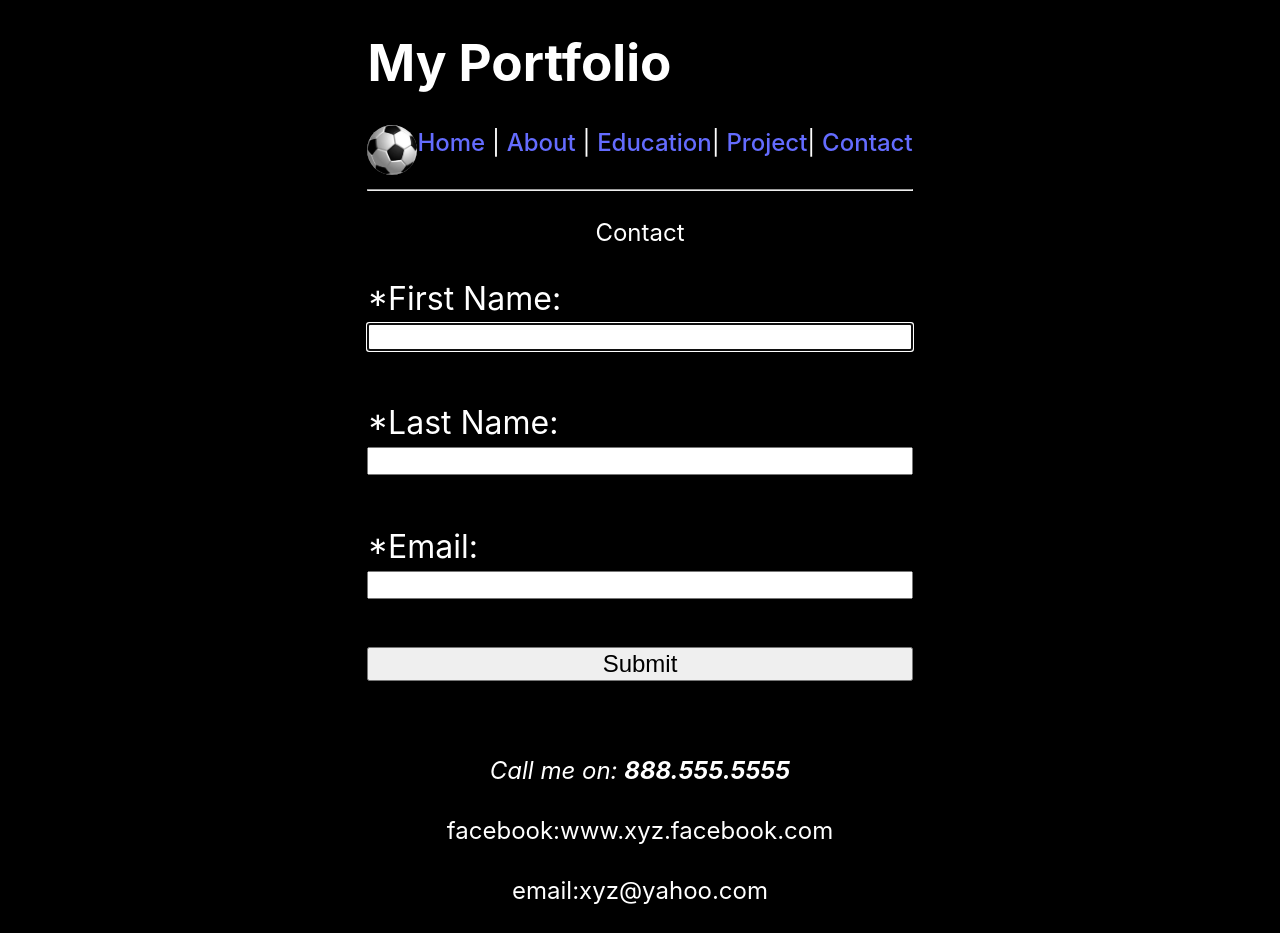
Repository: lilsooin/COMP229SEC0022024_Group_Project
Page: /contact (app in client/)
An editor plug-in stored every save of this project. The page is shown before and after a run of saves, followed by the edit.
The browser window is 1280 px wide. The pictures show the whole page.
The project was rebuilt for these pictures with package versions that can differ from the ones it lists, and the page was loaded fresh each time. Also part of the build but not shown: client/vite.config.js, client/components/Home.jsx, client/src/about.css, client/src/about.jsx, client/src/education.jsx, client/src/project.css, client/src/project.jsx.

Above is the page before, as saved 2024-10-07 20:31:06.

### client/src/App.jsx
import React from 'react';
import { BrowserRouter as Router } from 'react-router-dom';
//import { ThemeProvider } from '@material-ui/styles';
import MainRouter from '../MainRouter';
//import Contact from './contact'
//import theme from '../theme';
//import { hot } from 'react-hot-loader'
const App = () => {
 return (
 <Router>

 <MainRouter />

 </Router>
 );
};
export default App;

### client/src/index.css
:root {
  font-family: Inter, system-ui, Avenir, Helvetica, Arial, sans-serif;
  line-height: 1.5;
  font-weight: 400;

  color-scheme: light dark;
  color: rgba(255, 255, 255, 0.87);
  background-color: #242424;

  font-synthesis: none;
  text-rendering: optimizeLegibility;
  -webkit-font-smoothing: antialiased;
  -moz-osx-font-smoothing: grayscale;
}

a {
  font-weight: 500;
  color: #646cff;
  text-decoration: inherit;
}
a:hover {
  color: #535bf2;
}

body {
  margin: 0;

  place-items: center;
  min-width: 320px;
  min-height: 100vh;
  background-color:black;
  color:white;
  align-content: center;
}

h1 {
  font-size: 3.2em;
  line-height: 1.1;
}

button {
  border-radius: 8px;
  border: 1px solid transparent;
  padding: 0.6em 1.2em;
  font-size: 1em;
  font-weight: 500;
  font-family: inherit;
  background-color: #1a1a1a;
  cursor: pointer;
  transition: border-color 0.25s;
}
button:hover {
  border-color: #646cff;
}
button:focus,
button:focus-visible {
  outline: 4px auto -webkit-focus-ring-color;
}

@media (prefers-color-scheme: light) {
  :root {
    color: #213547;
    background-color: #ffffff;
  }
  a:hover {
    color: #747bff;
  }
  button {
    background-color: #f9f9f9;
  }
}

nav {
float:right;
font-size:x-large;

}






.bg{
  position:absolute;
  top: -4em;
  right: 0;
  z-index: -1;
  object-fit: cover;
  height: 100vh;

}

.introContent {
  height: 100vh;
  width: 100vw;
  padding: 3em;
  padding-top: 1em;
  font-size: 3em;
  font-weight: 700;

  justify-content: center;
}

.hello {
  font-size: 1.75rem;
  font-weight:100px;
}

.introName {
  color: Blue;
}


.introPara {
  font-size: 40px;
  font-weight: 100;
}

.btn {
  background: white;
  margin: 1rem 0;
  padding: 0.75rem 1.5rem;
  border: none;
  border-radius: 2rem;
}


.btnImg{
  object-fit: cover;
  margin: 0 0.25rem;
  height: 1rem;
}

@media screen and (max-width:480px){
  .bg {
    right: -20vw
  }
}

img{
border-radius: 90%;
size: 40px;

}

html{
  scroll-behavior: smooth;
  overflow-x: hidden;
  overflow-y: scroll;
  margin-left: auto;
  margin-right: auto;
}

### client/MainRouter.jsx
import React from 'react'
import { Route, Routes } from 'react-router-dom'
import Home from './components/Home'
import About from './src/about'
import Contact from './src/contact'
import Education from './src/education'
import Project from './src/project'
import Layout from './components/layout'
const MainRouter = () => {
 return (<div>
 <Layout/>
 <Routes>

<Route exact path="/" element={<Home />} />
<Route exact path="/about" element={<About />} />
<Route exact path="/education" element={<Education />} />
<Route exact path="/project" element={<Project />} />
<Route exact path="/contact" element={<Contact />} />

 </Routes>
 </div>
 )
}
export default MainRouter

### client/src/contact.jsx
import '../src/contact.css'
//import '../contact/api-contact.js'
export default function Contact() {
     return (
     <>
     <p>Contact</p>
     <form id="ffp">


				<label htmlFor="myFName"> *First Name: </label>
				<input type="text" id="myFName" name="myFName" required="required" autoFocus /> <br /> <br />

				<label htmlFor="myLName"> *Last Name: </label>
				<input type="text" id="myLName" name="myLName" required="required" /> <br /> <br />


				<label htmlFor="myEmail"> *Email: </label>
				<input type="email" id="myEmail" name="myEmail" required="required" /> <br /> <br />

				<input type="submit" className="submit" value="Submit" /> <br />


		</form> <br></br>
          <p><i>Call me on: <strong>888.555.5555 </strong></i></p>
 <p>facebook:www.xyz.facebook.com</p>
 <p>email:xyz@yahoo.com</p>
     </>
     );
     }


    /////////////////////////////////////////////

    /* import '../src/contact.css';
import { useState } from 'react';

export default function Contact() {
    const [formData, setFormData] = useState({
        myFName: '',
        myLName: '',
        myEmail: '',
    });

    const handleChange = (event) => {
        const { name, value } = event.target;
        setFormData((prevData) => ({
            ...prevData,
            [name]: value,
        }));
    };

    const handleSubmit = async (event) => {
        event.preventDefault(); // Prevent the default form submission

        try {
            const response = await fetch('http://localhost:3000/api/contacts', {
                method: 'POST',
                headers: {
                    'Content-Type': 'application/json',
                },
                body: JSON.stringify(formData),
            });

            if (!response.ok) {
                throw new Error('Network response was not ok');
            }

            const result = await response.json();
            console.log('Success:', result);
            alert('Data saved successfully!');
            // Optionally reset the form
            setFormData({
                myFName: '',
                myLName: '',
                myEmail: '',
            });
        } catch (error) {
            console.error('Error:', error);
            alert('There was an error saving the data.');
        }
    };

    return (
        <>
            <p>Contact</p>
            <form id="ffp" onSubmit={handleSubmit}>
                <label htmlFor="myFName"> *First Name: </label>
                <input
                    type="text"
                    id="myFName"
                    name="myFName"
                    value={formData.myFName}
                    onChange={handleChange}
                    required
                    autoFocus
                />
                <br />
                <br />

                <label htmlFor="myLName"> *Last Name: </label>
                <input
                    type="text"
                    id="myLName"
                    name="myLName"
                    value={formData.myLName}
                    onChange={handleChange}
                    required
                />
                <br />
                <br />

                <label htmlFor="myEmail"> *Email: </label>
                <input
                    type="email"
                    id="myEmail"
                    name="myEmail"
                    value={formData.myEmail}
                    onChange={handleChange}
                    required
                />
                <br />
                <br />

                <input type="submit" className="submit" value="Submit" />
                <br />
            </form>
            <br />
            <p>
                <i>Call me on: <strong>888.555.5555 </strong></i>
            </p>
            <p>facebook: www.xyz.facebook.com</p>
            <p>email: xyz@yahoo.com</p>
        </>
    );
}
*/

### client/components/layout.jsx
import React from 'react';
import { Link } from 'react-router-dom';
import football1 from '../src/assets/football1.jfif';
export default function Layout() {
 return (
 <>

 <h1>My Portfolio</h1>

 < img src={football1}alt="football" className="football" width="50px" height="50px"/>
 <nav>

 <Link to="/">Home</Link> | <Link to="/about">About</Link> | <Link to="/education">Education</Link>| <Link to="/project">Project</Link>| <Link to="/contact">Contact</Link>
 </nav>

<br/>
 <hr />

 </>

 );
}

### client/src/contact.css
#ffp{




    max-width: 50rem;
    display: flex;
    flex-direction: column;
    justify-content: center;
    margin: 0 auto;


}

label{
    font-size:xx-large;
}

input{
    font-size: larger;
}

.submit{
    font-size:x-large;
}

p,a{
    font-size:x-large;
    text-align: center;
}

### client/src/education.css
:root {
    font-family: Inter, system-ui, Avenir, Helvetica, Arial, sans-serif;
    line-height: 1.5;
    font-weight: 400;

    color-scheme: light dark;
    color: rgba(255, 255, 255, 0.87);
    background-color: #242424;

    font-synthesis: none;
    text-rendering: optimizeLegibility;
    -webkit-font-smoothing: antialiased;
    -moz-osx-font-smoothing: grayscale;
  }

  a {
    font-weight: 500;
    color: #646cff;
    text-decoration: inherit;
  }
  a:hover {
    color: #535bf2;
  }

  body {
    margin: auto;

    place-items: center;
    min-width: 320px;
    min-height: 100vh;
    background-color:black;
    color:white;
    align-content: center;
  }

  h1 {
    font-size: 3.2em;
    line-height: 1.1;
  }

  button {
    border-radius: 8px;
    border: 1px solid transparent;
    padding: 0.6em 1.2em;
    font-size: 1em;
    font-weight: 500;
    font-family: inherit;
    background-color: #1a1a1a;
    cursor: pointer;
    transition: border-color 0.25s;
  }
  button:hover {
    border-color: #646cff;
  }
  button:focus,
  button:focus-visible {
    outline: 4px auto -webkit-focus-ring-color;
  }

  @media (prefers-color-scheme: light) {
    :root {
      color: #213547;
      background-color: #ffffff;
    }
    a:hover {
      color: #747bff;
    }
    button {
      background-color: #f9f9f9;
    }
  }

  nav {
  float:right;
  font-size:x-large;

  }






  .bg{
    position:absolute;
    top: -4em;
    right: 0;
    z-index: -1;
    object-fit: cover;
    height: 100vh;

  }

  .introContent {
    height: 100vh;
    width: 100vw;
    padding: 3em;
    padding-top: 1em;
    font-size: 3em;
    font-weight: 700;

    justify-content: center;
  }

  .hello {
    font-size: 1.75rem;
    font-weight:100px;
  }

  .introName {
    color: Blue;
  }


  .introPara {
    font-size: 40px;
    font-weight: 100;
  }

  .btn {
    background: white;
    margin: 1rem 0;
    padding: 0.75rem 1.5rem;
    border: none;
    border-radius: 2rem;
  }


  .btnImg{
    object-fit: cover;
    margin: 0 0.25rem;
    height: 1rem;
  }

  @media screen and (max-width:480px){
    .bg {
      right: -20vw
    }
  }

  img{
  border-radius: 90%;
  size: 40px;

  }

  html{
    scroll-behavior: smooth;
    overflow-x: hidden;
    overflow-y: scroll;
    margin-left: auto;
    margin-right: auto;
  }

### client/contact/api-contact.js
const create = async (params, credentials, contact) => {
    try {
      let response = await fetch('/api/contacts/by/'+ params.contactId, {
        method: 'POST',
        headers: {
          'Accept': 'application/json',
          'Authorization': 'Bearer ' + credentials.t
        },
        body: contact
      })
        return response.json()
      } catch(err) {
        console.log(err)
      }
  }

  const list = async (signal) => {
    try {
      let response = await fetch('/api/contacts', {
        method: 'GET',
        signal: signal
      })
      return response.json()
    }catch(err) {
      console.log(err)
    }
  }

  const listByOwner = async (params, credentials, signal) => {
    try {
      let response = await fetch('/api/contacts/by/'+params.contactId, {
        method: 'GET',
        signal: signal,
        headers: {
          'Accept': 'application/json',
          'Authorization': 'Bearer ' + credentials.t
        }
      })
      return response.json()
    }catch(err){
      console.log(err)
    }
  }

  const read = async (params, signal) => {
    try {
      let response = await fetch('/api/contact/' + params.contactId, {
        method: 'GET',
        signal: signal,
      })
      return response.json()
    }catch(err) {
      console.log(err)
    }
  }

  const update = async (params, credentials, contact) => {
    try {
      let response = await fetch('/api/contacts/' + params.contactId, {
        method: 'PUT',
        headers: {
          'Accept': 'application/json',
          'Authorization': 'Bearer ' + credentials.t
        },
        body: contact
      })
      return response.json()
    } catch(err) {
      console.log(err)
    }
  }

  const remove = async (params, credentials) => {
    try {
      let response = await fetch('/api/contacts/' + params.contactId, {
        method: 'DELETE',
        headers: {
          'Accept': 'application/json',
          'Content-Type': 'application/json',
          'Authorization': 'Bearer ' + credentials.t
        }
      })
      return response.json()
    } catch(err) {
      console.log(err)
    }
  }

  export {
    create,
    list,
    listByOwner,
    read,
    update,
    remove
  }

Loaded but not shown: client/index.html (common file); client/src/main.jsx (common file)

After the next 4 saves:
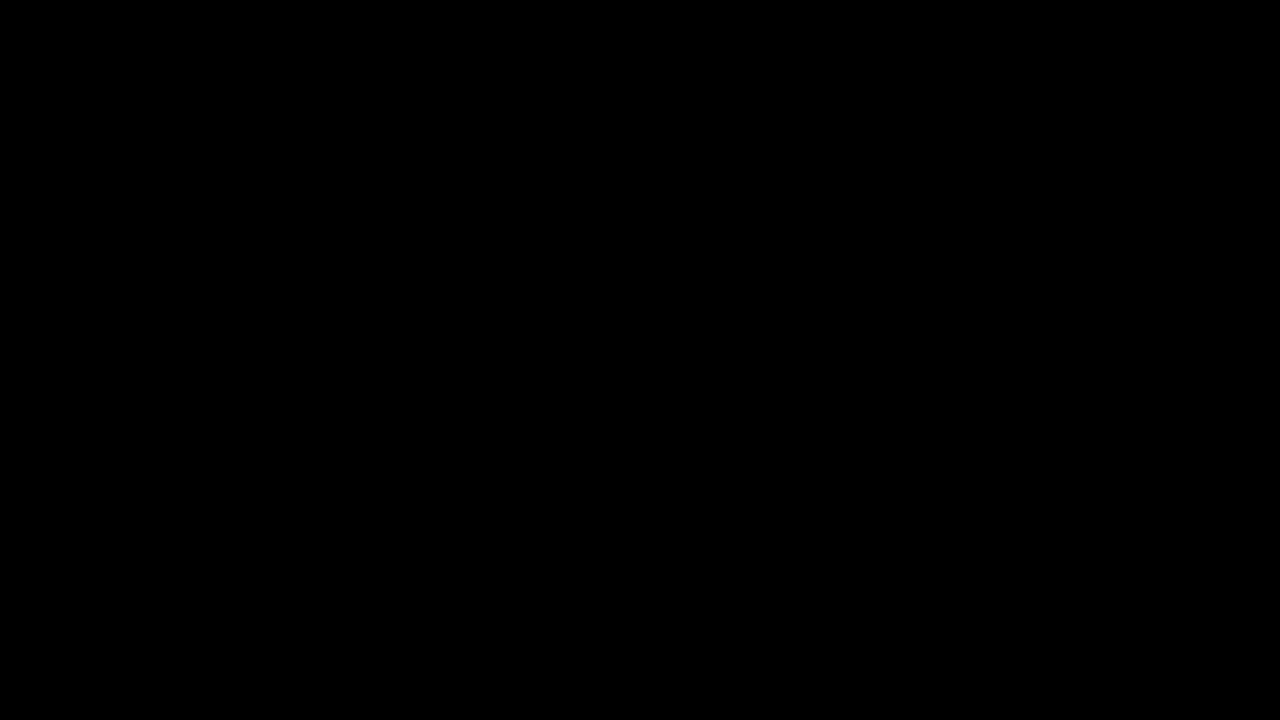
Console error (its wording comes from the project's code and is left out).
The 4 saves are shown as one change because 1 did not build or start and some came seconds apart.
The last was saved 17 s later.
--- a/client/src/contact.jsx
+++ b/client/src/contact.jsx
@@ -1,4 +1,4 @@
-import '../src/contact.css'
+/*import '../src/contact.css'
 //import '../contact/api-contact.js'
 export default function Contact() {
      return (
@@ -27,8 +27,7 @@
      </>
      );
      }
-
-
+     */
     /////////////////////////////////////////////
 
     /* import '../src/contact.css';

After the 2 saves that followed:
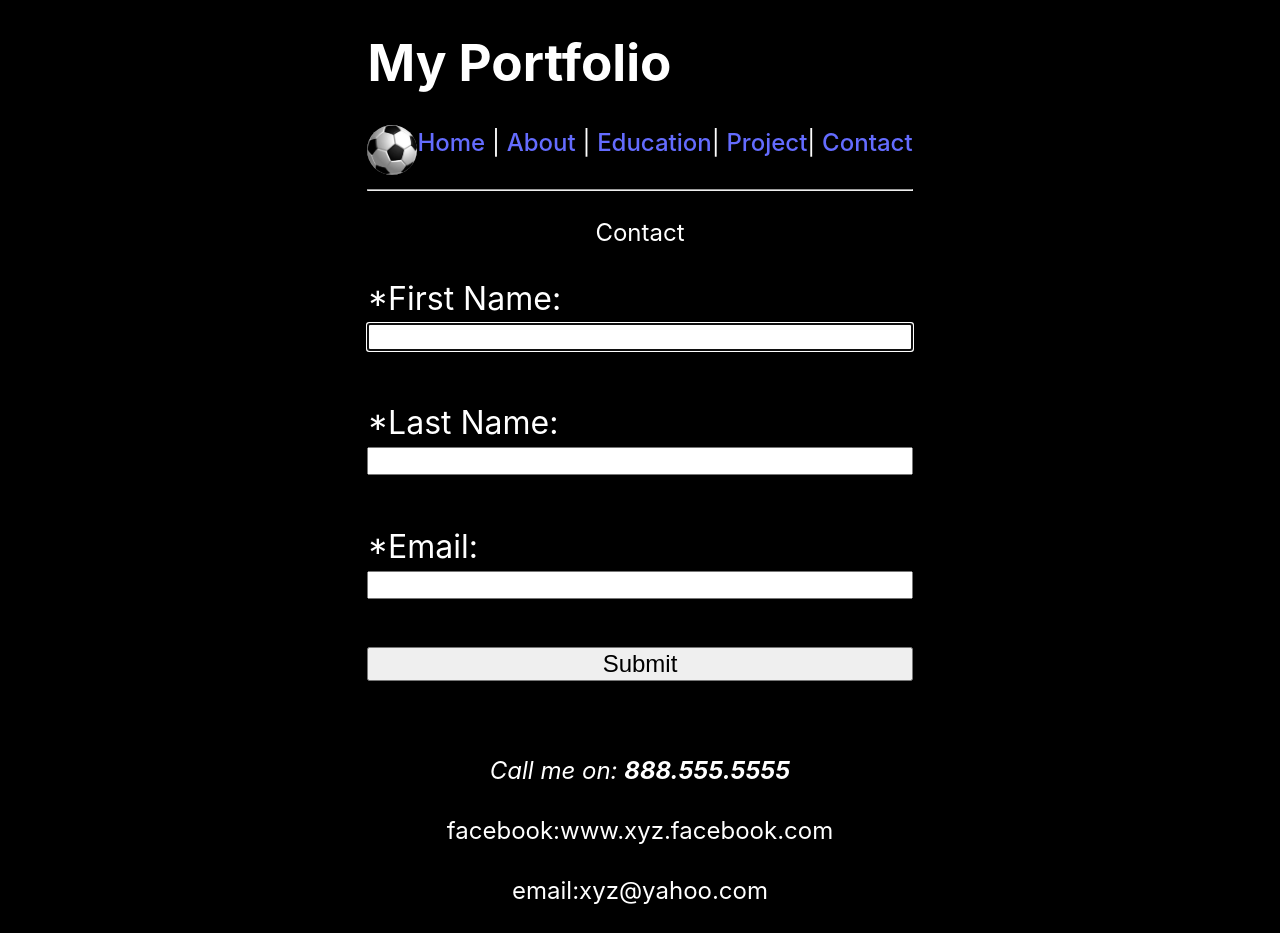
The error is gone.
The 2 saves are shown as one change because they came seconds apart.
The last was saved 23 s later.
--- a/client/src/contact.jsx
+++ b/client/src/contact.jsx
@@ -133,3 +133,90 @@
     );
 }
 */
+
+import '../src/contact.css';
+import { useState } from 'react';
+import { create } from '../contact/api-contact'; // Adjust path accordingly
+
+export default function Contact({ credentials }) {
+    const [formData, setFormData] = useState({
+        myFName: '',
+        myLName: '',
+        myEmail: '',
+    });
+
+    const handleChange = (e) => {
+        const { name, value } = e.target;
+        setFormData((prevData) => ({
+            ...prevData,
+            [name]: value,
+        }));
+    };
+
+    const handleSubmit = async (e) => {
+        e.preventDefault();
+
+        const contact = {
+            firstName: formData.myFName,
+            lastName: formData.myLName,
+            email: formData.myEmail,
+        };
+
+        try {
+            const response = await create({ contactId: 'new' }, credentials, JSON.stringify(contact));
+
+            if (response && response._id) {
+                console.log('Contact saved:', response);
+                // Optionally, reset form or show a success message here
+                setFormData({ myFName: '', myLName: '', myEmail: '' });
+            } else {
+                console.error('Error saving contact:', response);
+            }
+        } catch (error) {
+            console.error('Error submitting form:', error);
+        }
+    };
+
+    return (
+        <>
+            <p>Contact</p>
+            <form id="ffp" onSubmit={handleSubmit}>
+                <label htmlFor="myFName"> *First Name: </label>
+                <input
+                    type="text"
+                    id="myFName"
+                    name="myFName"
+                    required
+                    autoFocus
+                    value={formData.myFName}
+                    onChange={handleChange}
+                /> <br /> <br />
+
+                <label htmlFor="myLName"> *Last Name: </label>
+                <input
+                    type="text"
+                    id="myLName"
+                    name="myLName"
+                    required
+                    value={formData.myLName}
+                    onChange={handleChange}
+                /> <br /> <br />
+
+                <label htmlFor="myEmail"> *Email: </label>
+                <input
+                    type="email"
+                    id="myEmail"
+                    name="myEmail"
+                    required
+                    value={formData.myEmail}
+                    onChange={handleChange}
+                /> <br /> <br />
+
+                <input type="submit" className="submit" value="Submit" /> <br />
+            </form> <br />
+            <p><i>Call me on: <strong>888.555.5555 </strong></i></p>
+            <p>facebook:www.xyz.facebook.com</p>
+            <p>email:xyz@yahoo.com</p>
+        </>
+    );
+}
